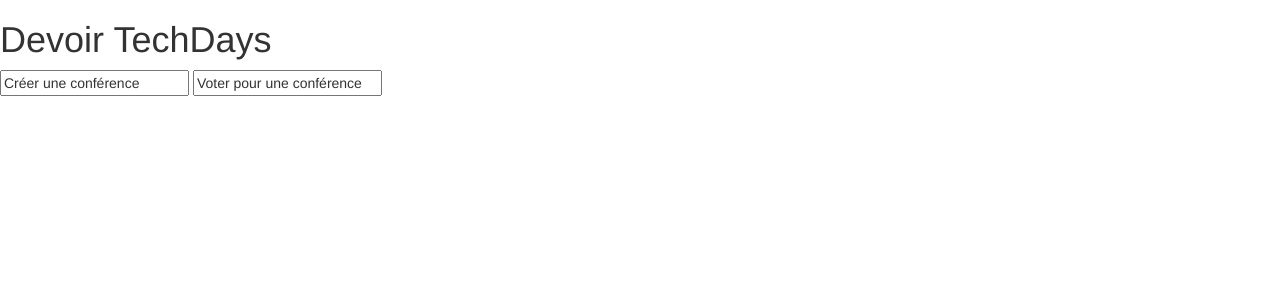
Repository: Chebani/Devoir-n2
Page: http://localhost/database/application/views/techdays.php
The author's editor kept a copy of each file at every save. The page is drawn from the files as they stood at one save, then again after the next save.
The browser window is 1280 px wide. The pictures show the whole page.
The page is run by PHP 8.4 with error messages shown; the project is at /var/www/html/.

Above is the page before, as saved 2018-10-11 15:29:00.

### application/views/techdays.php

<!DOCTYPE html>
<html lang="en">
<head>
    <meta charset="UTF-8">
    <meta name="viewport" content="width=device-width, initial-scale=1.0">
    <meta http-equiv="X-UA-Compatible" content="ie=edge">
    <link rel="stylesheet" href="https://maxcdn.bootstrapcdn.com/bootstrap/3.3.7/css/bootstrap.min.css" media="screen" title="no title">
    <title>Devoir TechDays</title>
</head>
<body>
    <h1>Devoir TechDays</h1>
    <input type="text" value='Créer une conférence'>
    <input type="text" value='Voter pour une conférence'>

</body>
</html>

After the next save:
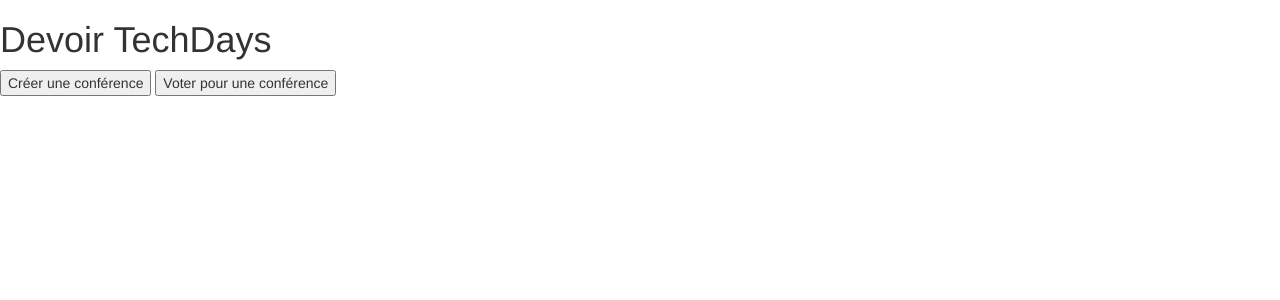
Saved 58 s later.
--- a/application/views/techdays.php
+++ b/application/views/techdays.php
@@ -10,8 +10,7 @@
 </head>
 <body>
     <h1>Devoir TechDays</h1>
-    <input type="text" value='Créer une conférence'>
-    <input type="text" value='Voter pour une conférence'>
-
+    <button>Créer une conférence</button>
+    <button>Voter pour une conférence</button>
 </body>
 </html>
